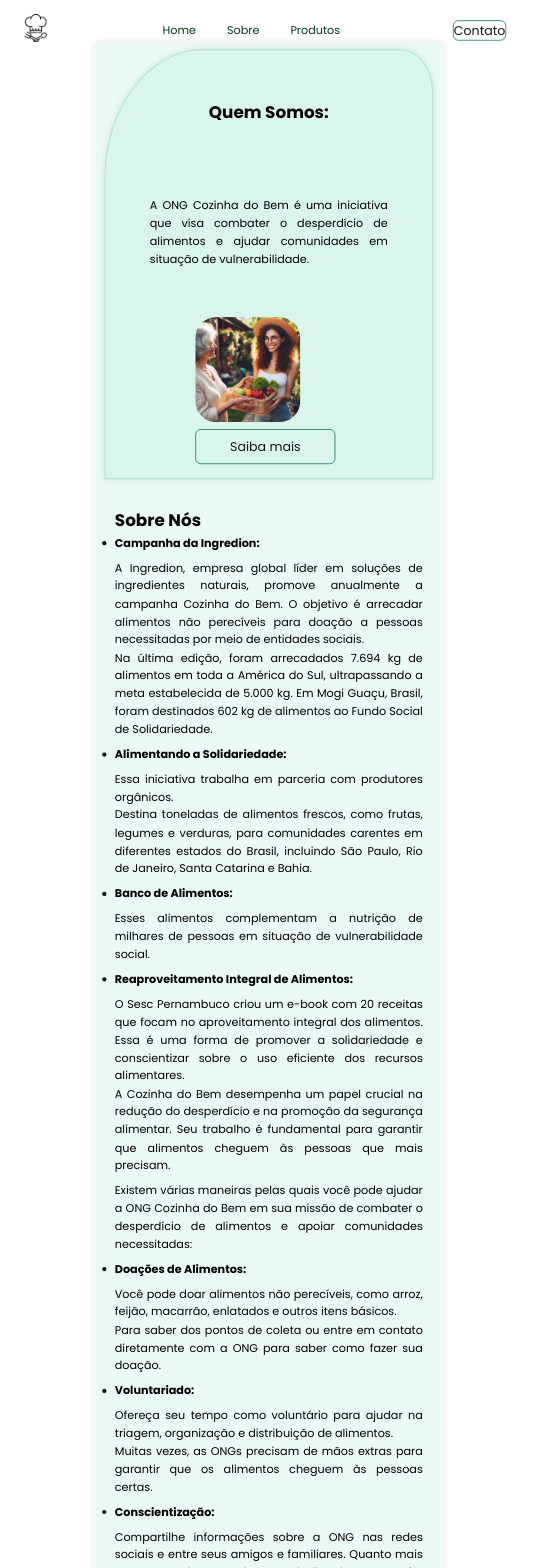
Repository: Thalia-Nataly/Cozinha-do-Bem-Proz
Page: sobre.html
The author's editor kept a copy of each file at every save. The page is drawn from the files as they stood at one save, then again after the next save.
The browser window is 768 px wide. The pictures show the part of the page from y = 0 to 2240 px (the page is 2626 px tall before and 2678 px after), at 70% of full size.

Above is the page before, as saved 2024-08-26 16:11:55.
Console error: TypeError: Cannot read properties of null (reading 'querySelectorAll')

After the next save:
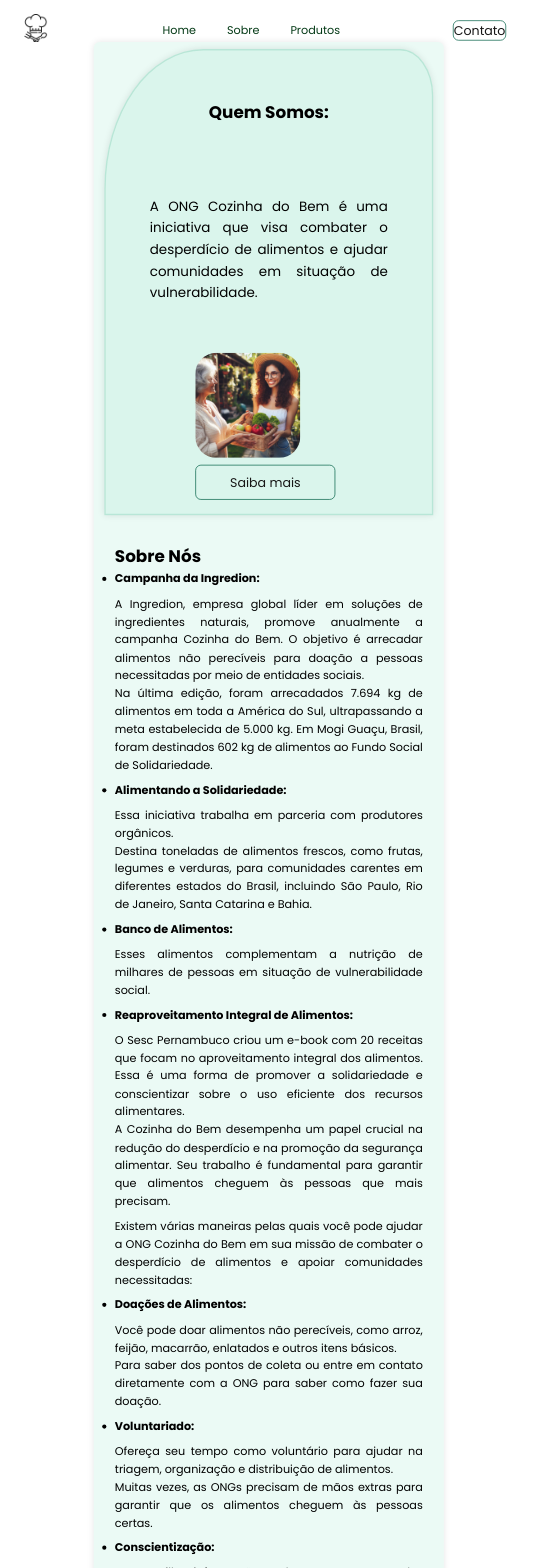
Saved 4 s later.
--- a/css/responsive.css
+++ b/css/responsive.css
@@ -74,7 +74,7 @@
         width: 400px;
         text-align: justify;
         flex-direction: column;
-        font-size: ;
+        font-size: 1.2em;
     }
 
     .image-box {
